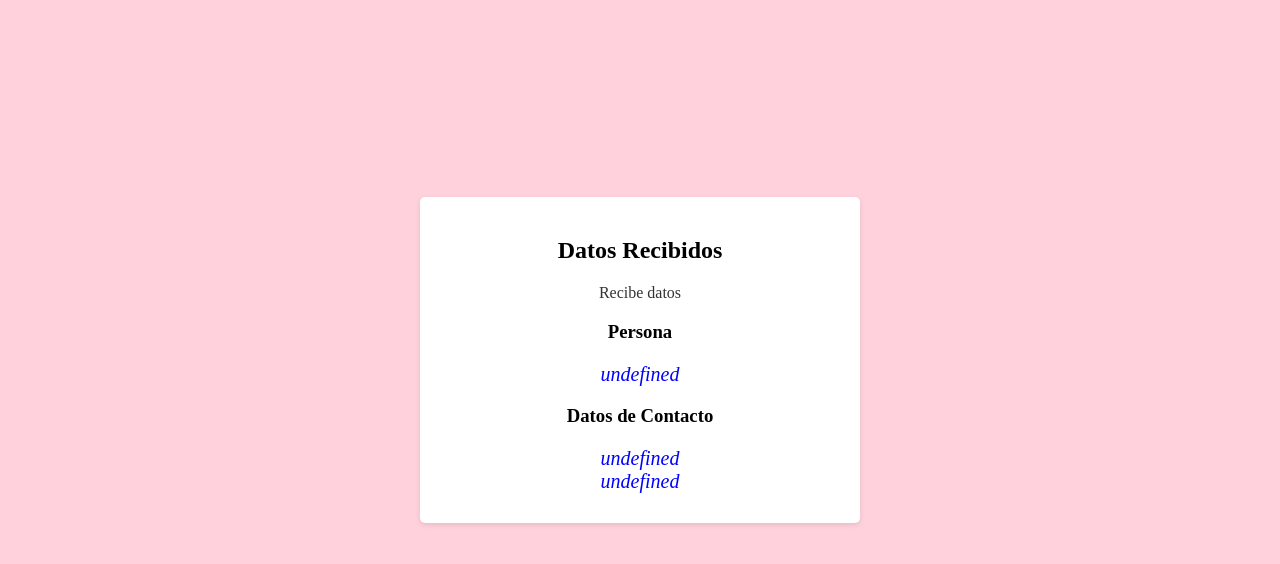
Repository: UVMCoyoacan/InnovaWeb
Page: recibedatosCV.html
The author's editor kept a copy of each file at every save. The page is drawn from the files as they stood at one save, then again after the next save.
The browser window is 1280 px wide. The pictures show the whole page.

Above is the page before, as saved 2024-03-01 11:24:45.

After the next save:
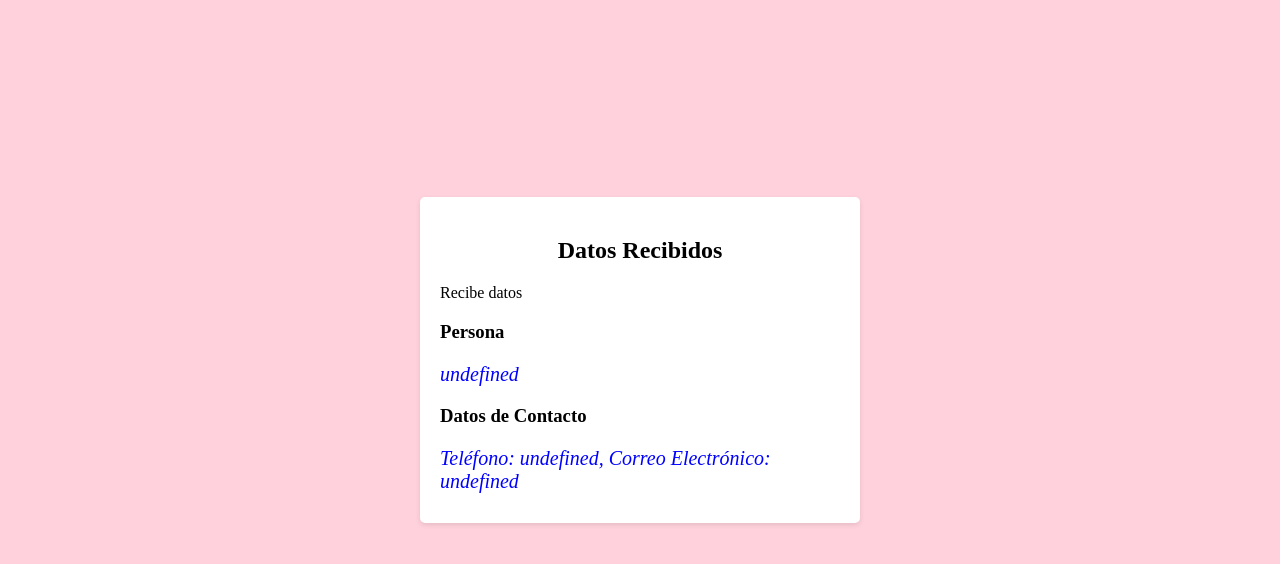
Saved 3 min 20 s later.
--- a/recibedatosCV.html
+++ b/recibedatosCV.html
@@ -19,15 +19,18 @@
             background-color: #fff;
             border-radius: 5px;
             box-shadow: 0 2px 5px rgba(0, 0, 0, 0.1);
-            text-align: center;
         }
         h2 {
             margin-bottom: 20px;
+            text-align: center;
         }
         p {
             margin-bottom: 10px;
-            font-size: 16px;
-            color: #333;
+        }
+        .dato {
+            font-style: italic;
+            color: blue;
+            font-size: 20px;
         }
     </style>
 </head>
@@ -37,10 +40,10 @@
         <p>Recibe datos</p>
 
         <h3>Persona</h3>
-        <p id="Persona"></p>
+        <p class="dato" id="Persona"></p>
 
         <h3>Datos de Contacto</h3>
-        <p id="Detalles"></p>
+        <p class="dato" id="Detalles"></p>
     </div>
 
     <script>
@@ -56,17 +59,14 @@
             return vars;
         }
 
-        var nombre = getUrlVars()["nombre"];
-        var telefono = getUrlVars()["telefono"];
-        var correo = getUrlVars()["email"];
+        var nombre = decodeURIComponent(getUrlVars()["nombre"]);
+        var telefono = decodeURIComponent(getUrlVars()["telefono"]);
+        var correo = decodeURIComponent(getUrlVars()["email"]);
 
         var nomper = document.getElementById("Persona");
         var datPers = document.getElementById("Detalles");
-        nomper.innerHTML = "<i>" + nombre + "</i>";
-        nomper.style = "color: blue; font-size: 20px;";
-        datPers.innerHTML = "<i>" + telefono + "</i>";
-        datPers.style = "color: blue; font-size: 20px;";
-        datPers.innerHTML += "<br><i>" + correo + "</i>";
+        nomper.textContent = nombre;
+        datPers.textContent = "Teléfono: " + telefono + ", Correo Electrónico: " + correo;
     </script>
 </body>
 </html>
